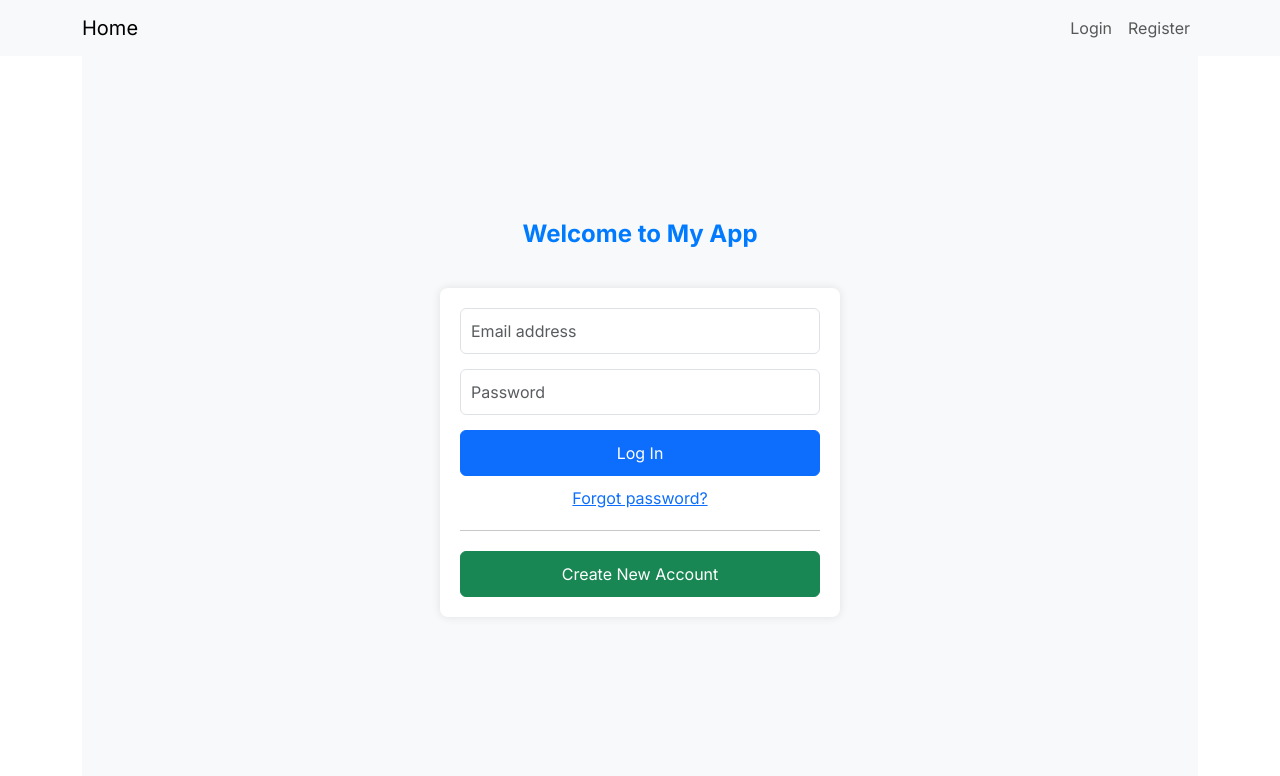
Repository: tdphong1293/KHDL01_DemoWebKafka
Page: /auth/login (app in Frontend_Client/)
An editor plug-in stored every save of this project. The page is shown before and after a run of saves, followed by the edit.
The browser window is 1280 px wide. The pictures show the whole page.
The project was rebuilt for these pictures with package versions that can differ from the ones it lists, and the page was loaded fresh each time. The framework's server and built-in components were replaced by stand-ins that run in the browser. Also part of the build but not shown: Frontend_Client/next.config.mjs.

Above is the page before, as saved 2024-07-23 23:05:05.

### Frontend_Client/src/app/layout.tsx
// src/app/layout.tsx
import type { Metadata } from "next";
import { Inter } from "next/font/google";
import 'bootstrap/dist/css/bootstrap.min.css';
import Header from "@/components/header";
import Footer from "@/components/footer";
import { Container } from "react-bootstrap";
import { ToastContainer } from 'react-toastify';
import 'react-toastify/dist/ReactToastify.css';

const inter = Inter({ subsets: ["latin"] });

export const metadata: Metadata = {
    title: "Create Next App",
    description: "Generated by create next app",
};

export default function RootLayout({
    children,
}: Readonly<{
    children: React.ReactNode;
}>) {
    return (
        <html lang="en">
            <body className={inter.className}>
                <Header />
                <Container>
                    {children}
                </Container>
                {/* <Footer /> */}
                <ToastContainer />
            </body>
        </html>
    );
}

### Frontend_Client/src/app/auth/login/page.tsx
// src/app/auth/login/page.tsx
'use client';

import { FC } from 'react';
import { Form, Button } from 'react-bootstrap';
import styles from '../../../styles/page.module.css';
import Link from 'next/link';

const Login: FC = () => {
  const handleSubmit = (event: React.FormEvent<HTMLFormElement>) => {
    event.preventDefault();
    // Xử lý logic đăng nhập ở đây
  };

  return (
    <div className={styles.loginContainer}>
      <div className={styles.topPanel}>
        <p className={`${styles.description} ${styles.brand}`}>Welcome to My App</p>
      </div>
      <div className={styles.bottomPanel}>
        <Form onSubmit={handleSubmit} className={styles.loginForm}>
          <Form.Group controlId="formBasicEmail" className={styles.formGroup}>
            <Form.Control type="email" placeholder="Email address" required className={styles.input} />
          </Form.Group>
          <Form.Group controlId="formBasicPassword" className={styles.formGroup}>
            <Form.Control type="password" placeholder="Password" required className={styles.input} />
          </Form.Group>
          <Button variant="primary" type="submit" className={styles.loginButton}>
            Log In
          </Button>
          <div className={styles.forgotPassword}>
            <a href="#">Forgot password?</a>
          </div>
          <hr className={styles.separator} />
          <Link href="/auth/register">
            <Button variant="success" className={styles.createAccountButton}>
              Create New Account
            </Button>
          </Link>
        </Form>
      </div>
    </div>
  );
};

export default Login;

### Frontend_Client/src/components/header.tsx
'use client'

import Container from 'react-bootstrap/Container';
import Nav from 'react-bootstrap/Nav';
import Navbar from 'react-bootstrap/Navbar';
import Link from "next/link";

function Header() {
    return (
        <Navbar expand="lg" className="bg-body-tertiary">
            <Container>
                <Navbar.Brand>
                    <Link href={"/"} className="navbar-brand">Home</Link>
                </Navbar.Brand>
                <Navbar.Toggle aria-controls="basic-navbar-nav" />
                <Navbar.Collapse id="basic-navbar-nav">
                    <Nav className="me-auto">
                        {/* Các liên kết khác nếu có */}
                    </Nav>
                    <Nav className="ms-auto"> {/* Đặt các liên kết ở góc phải */}
                        <Nav.Item>
                            <Link href={"/auth/login"} className="nav-link">Login</Link>
                        </Nav.Item>
                        <Nav.Item>
                            <Link href={"/auth/register"} className="nav-link">Register</Link>
                        </Nav.Item>
                    </Nav>
                </Navbar.Collapse>
            </Container>
        </Navbar>
    );
}

export default Header;

### Frontend_Client/src/styles/page.module.css
.main {
  display: flex;
  flex-direction: column;
  justify-content: space-between;
  align-items: center;
  padding: 6rem;
  min-height: 100vh;
}

.description {
  display: inherit;
  justify-content: inherit;
  align-items: inherit;
  font-size: 0.85rem;
  max-width: var(--max-width);
  width: 100%;
  z-index: 2;
  font-family: var(--font-mono);
}

.description a {
  display: flex;
  justify-content: center;
  align-items: center;
  gap: 0.5rem;
}

.description p {
  position: relative;
  margin: 0;
  padding: 1rem;
  background-color: rgba(var(--callout-rgb), 0.5);
  border: 1px solid rgba(var(--callout-border-rgb), 0.3);
  border-radius: var(--border-radius);
}

.code {
  font-weight: 700;
  font-family: var(--font-mono);
}

.grid {
  display: grid;
  grid-template-columns: repeat(4, minmax(25%, auto));
  max-width: 100%;
  width: var(--max-width);
}

.card {
  padding: 1rem 1.2rem;
  border-radius: var(--border-radius);
  background: rgba(var(--card-rgb), 0);
  border: 1px solid rgba(var(--card-border-rgb), 0);
  transition: background 200ms, border 200ms;
}

.card span {
  display: inline-block;
  transition: transform 200ms;
}

.card h2 {
  font-weight: 600;
  margin-bottom: 0.7rem;
}

.card p {
  margin: 0;
  opacity: 0.6;
  font-size: 0.9rem;
  line-height: 1.5;
  max-width: 30ch;
  text-wrap: balance;
}

.center {
  display: flex;
  justify-content: center;
  align-items: center;
  position: relative;
  padding: 4rem 0;
}

.center::before {
  background: var(--secondary-glow);
  border-radius: 50%;
  width: 480px;
  height: 360px;
  margin-left: -400px;
}

.center::after {
  background: var(--primary-glow);
  width: 240px;
  height: 180px;
  z-index: -1;
}

.center::before,
.center::after {
  content: "";
  left: 50%;
  position: absolute;
  filter: blur(45px);
  transform: translateZ(0);
}

.logo {
  position: relative;
}
/* Enable hover only on non-touch devices */
@media (hover: hover) and (pointer: fine) {
  .card:hover {
    background: rgba(var(--card-rgb), 0.1);
    border: 1px solid rgba(var(--card-border-rgb), 0.15);
  }

  .card:hover span {
    transform: translateX(4px);
  }
}

@media (prefers-reduced-motion) {
  .card:hover span {
    transform: none;
  }
}

/* Mobile */
@media (max-width: 700px) {
  .content {
    padding: 4rem;
  }

  .grid {
    grid-template-columns: 1fr;
    margin-bottom: 120px;
    max-width: 320px;
    text-align: center;
  }

  .card {
    padding: 1rem 2.5rem;
  }

  .card h2 {
    margin-bottom: 0.5rem;
  }

  .center {
    padding: 8rem 0 6rem;
  }

  .center::before {
    transform: none;
    height: 300px;
  }

  .description {
    font-size: 0.8rem;
  }

  .description a {
    padding: 1rem;
  }

  .description p,
  .description div {
    display: flex;
    justify-content: center;
    position: fixed;
    width: 100%;
  }

  .description p {
    align-items: center;
    inset: 0 0 auto;
    padding: 2rem 1rem 1.4rem;
    border-radius: 0;
    border: none;
    border-bottom: 1px solid rgba(var(--callout-border-rgb), 0.25);
    background: linear-gradient(
      to bottom,
      rgba(var(--background-start-rgb), 1),
      rgba(var(--callout-rgb), 0.5)
    );
    background-clip: padding-box;
    backdrop-filter: blur(24px);
  }

  .description div {
    align-items: flex-end;
    pointer-events: none;
    inset: auto 0 0;
    padding: 2rem;
    height: 200px;
    background: linear-gradient(
      to bottom,
      transparent 0%,
      rgb(var(--background-end-rgb)) 40%
    );
    z-index: 1;
  }
}

/* Tablet and Smaller Desktop */
@media (min-width: 701px) and (max-width: 1120px) {
  .grid {
    grid-template-columns: repeat(2, 50%);
  }
}

@media (prefers-color-scheme: dark) {
  .vercelLogo {
    filter: invert(1);
  }

  .logo {
    filter: invert(1) drop-shadow(0 0 0.3rem #ffffff70);
  }
}

@keyframes rotate {
  from {
    transform: rotate(360deg);
  }
  to {
    transform: rotate(0deg);
  }
}

/*Login*/
/* src/styles/page.module.css */
.loginContainer {
  display: flex;
  flex-direction: column;
  justify-content: center;
  align-items: center;
  height: 100vh;
  background-color: #f8f9fa;
}

.topPanel {
  margin-bottom: 20px;
  text-align: center;
}

.description {
  font-size: 24px;
  font-weight: bold;
}

.brand {
  color: #007bff;
}

.bottomPanel {
  width: 100%;
  max-width: 400px;
  padding: 20px;
  background-color: white;
  border-radius: 8px;
  box-shadow: 0 0 10px rgba(0, 0, 0, 0.1);
}

.loginForm {
  width: 100%;
}

.formGroup {
  margin-bottom: 15px;
}

.input {
  padding: 10px;
  font-size: 16px;
}

.loginButton {
  width: 100%;
  padding: 10px;
  font-size: 16px;
}

.forgotPassword {
  margin-top: 10px;
  text-align: center;
}

.separator {
  margin: 20px 0;
}

.createAccountButton {
  width: 100%;
  padding: 10px;
  font-size: 16px;
}

After the next 4 saves:
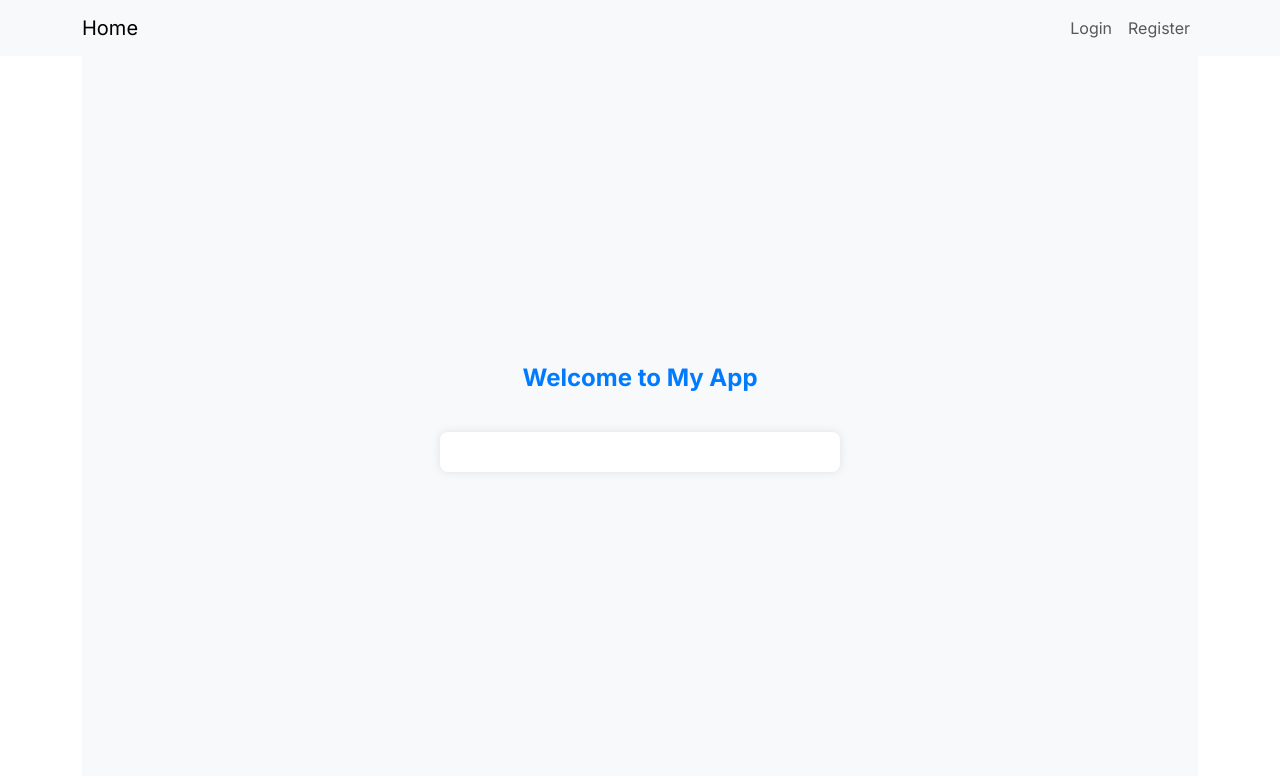
The 4 saves are shown as one change because 1 did not build or start and some came seconds apart.
The last was saved 26 s later.
--- a/Frontend_Client/src/app/auth/login/page.tsx
+++ b/Frontend_Client/src/app/auth/login/page.tsx
@@ -7,10 +7,10 @@
 import Link from 'next/link';
 
 const Login: FC = () => {
-  const handleSubmit = (event: React.FormEvent<HTMLFormElement>) => {
-    event.preventDefault();
-    // Xử lý logic đăng nhập ở đây
-  };
+  // const handleSubmit = (event: React.FormEvent<HTMLFormElement>) => {
+  //   event.preventDefault();
+  //   // Xử lý logic đăng nhập ở đây
+  // };
 
   return (
     <div className={styles.loginContainer}>
@@ -18,7 +18,7 @@
         <p className={`${styles.description} ${styles.brand}`}>Welcome to My App</p>
       </div>
       <div className={styles.bottomPanel}>
-        <Form onSubmit={handleSubmit} className={styles.loginForm}>
+        {/* <Form onSubmit={handleSubmit} className={styles.loginForm}>
           <Form.Group controlId="formBasicEmail" className={styles.formGroup}>
             <Form.Control type="email" placeholder="Email address" required className={styles.input} />
           </Form.Group>
@@ -37,7 +37,7 @@
               Create New Account
             </Button>
           </Link>
-        </Form>
+        </Form> */}
       </div>
     </div>
   );

After the 4 saves that followed:
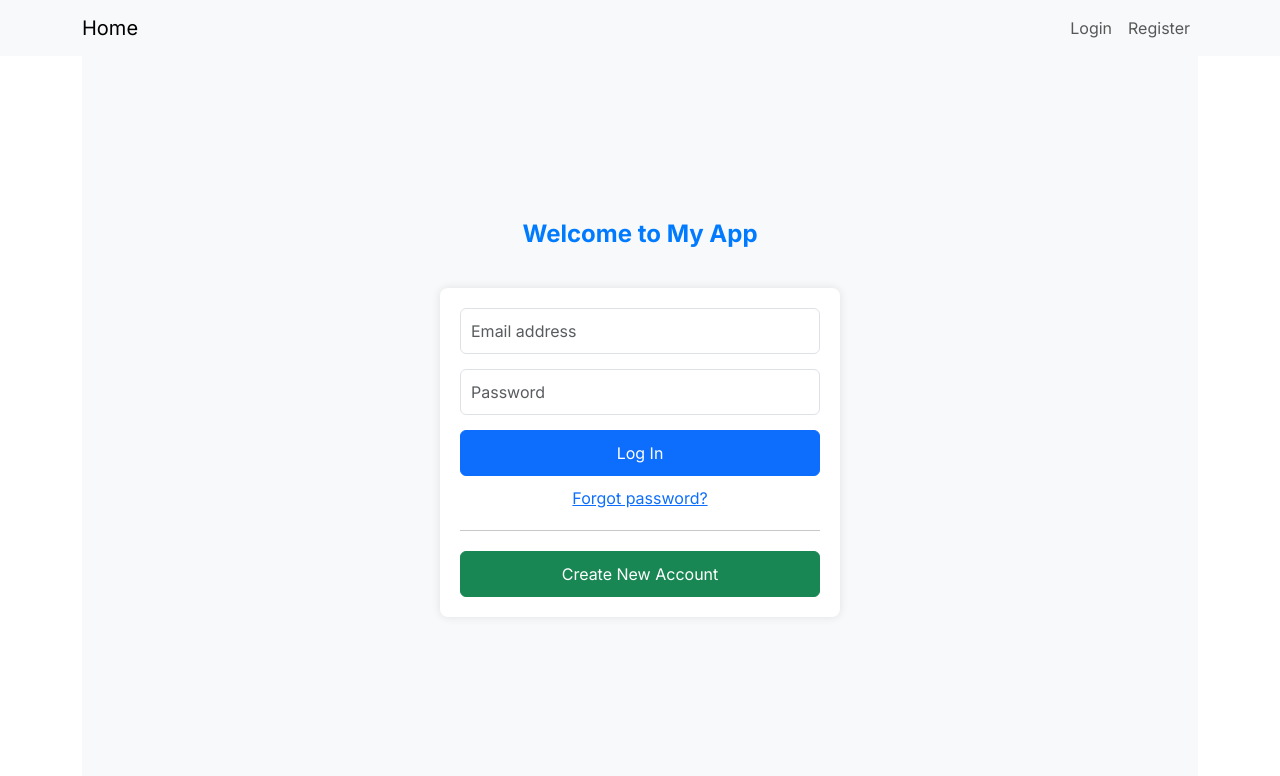
The 4 saves are shown as one change because 1 did not build or start and some came seconds apart.
The last was saved 50 s later.
--- a/Frontend_Client/src/app/auth/login/page.tsx
+++ b/Frontend_Client/src/app/auth/login/page.tsx
@@ -7,10 +7,10 @@
 import Link from 'next/link';
 
 const Login: FC = () => {
-  // const handleSubmit = (event: React.FormEvent<HTMLFormElement>) => {
-  //   event.preventDefault();
-  //   // Xử lý logic đăng nhập ở đây
-  // };
+  const handleSubmit = (event: React.FormEvent<HTMLFormElement>) => {
+    event.preventDefault();
+    // Xử lý logic đăng nhập ở đây
+  };
 
   return (
     <div className={styles.loginContainer}>
@@ -18,7 +18,7 @@
         <p className={`${styles.description} ${styles.brand}`}>Welcome to My App</p>
       </div>
       <div className={styles.bottomPanel}>
-        {/* <Form onSubmit={handleSubmit} className={styles.loginForm}>
+        <Form onSubmit={handleSubmit} className={styles.loginForm}>
           <Form.Group controlId="formBasicEmail" className={styles.formGroup}>
             <Form.Control type="email" placeholder="Email address" required className={styles.input} />
           </Form.Group>
@@ -37,7 +37,7 @@
               Create New Account
             </Button>
           </Link>
-        </Form> */}
+        </Form>
       </div>
     </div>
   );
